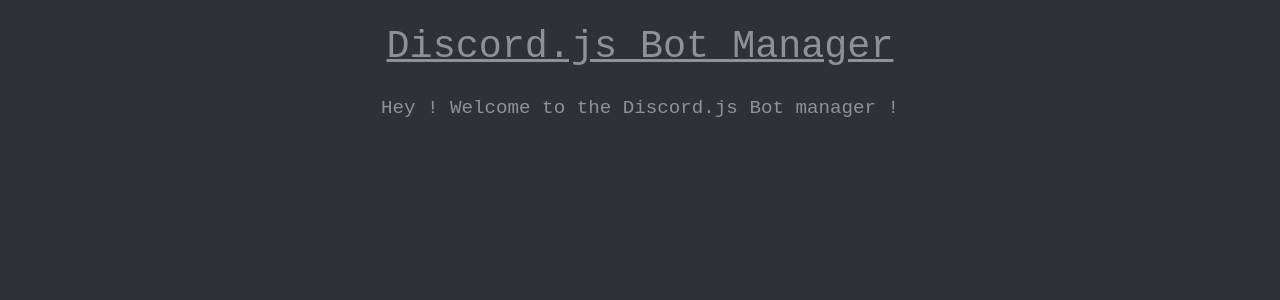
Repository: O-Schell/Discord-Bot-Manager
Page: Web_Interface/main.HTML
An editor plug-in stored every save of this project. The page is shown before and after the next save, followed by the edit.
The browser window is 1280 px wide. The pictures show the whole page.
The style sheet was rebuilt from its Sass, Less or Tailwind sources for each picture, by a compiler version that may differ from the author's.

Above is the page before, as saved 2020-11-24 22:24:26.

### Web_Interface/main.HTML
<!DOCTYPE html>
<html lang="fr">

<head>
  <meta charset="utf-8" />
  <title>Bot Manager</title>
  <link rel="stylesheet" href="style.css" />
  <!--<script src="script.js"></script>-->
</head>

<body>
  <div class="container">
    <div class="center-div">
      <div class="center-text">
        <div class="title">
          <u>Discord.js Bot Manager</u>
        </div>
      </div>
    </div>
    <div class="center-div">
      <div class="center-text">
        <div class="undertitle">
          Hey ! Welcome to the Discord.js Bot manager !
        </div>
      </div>
    </div>
  </div>

</body>

</html>

### Web_Interface/style.scss
@import url("https://unpkg.com/bootstrap@3.3.7/dist/css/bootstrap.min.css");

$mainC: #2f3136;
$secC: #8e9297;

body {
  background: $mainC;
}

.center-div {
  display: flex;
  justify-content: center;
}

.center-text {
  display: flex;
  justify-content: center;
}

.title {
  margin: 10px;
  padding: 10px 10px;
  font-size: 3vw;
  font-family: 'Courier New', Courier, monospace;
  color: #8e9297;
  transition: color 400ms ease-out;

}

.title:hover {
  color: $mainC;
  cursor: pointer;
}

.undertitle {
  font-size: 1.5vw;
  font-family: 'Courier New', Courier, monospace;
  color: #8e9297;
  transition: color 400ms ease-in-out;
}

.undertitle:hover {
  color: $mainC;
  cursor: pointer;
}

After the next save:
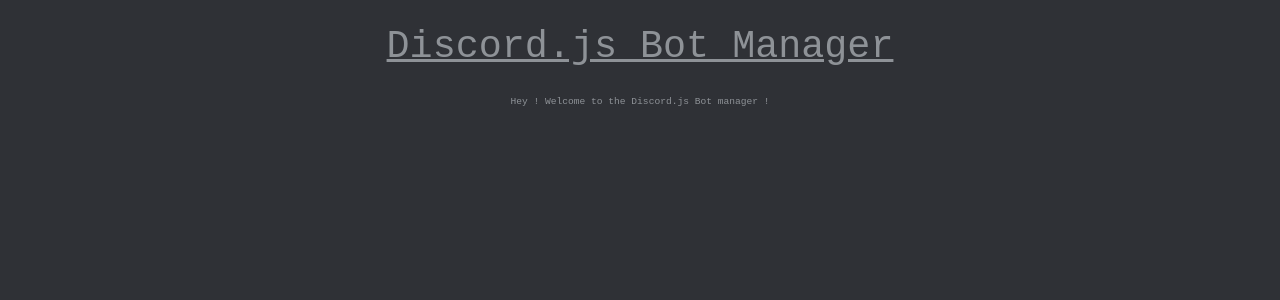
Saved 73 s later.
--- a/Web_Interface/style.scss
+++ b/Web_Interface/style.scss
@@ -33,7 +33,7 @@
 }
 
 .undertitle {
-  font-size: 1.5vw;
+  font-size: 0.75vw;
   font-family: 'Courier New', Courier, monospace;
   color: #8e9297;
   transition: color 400ms ease-in-out;
